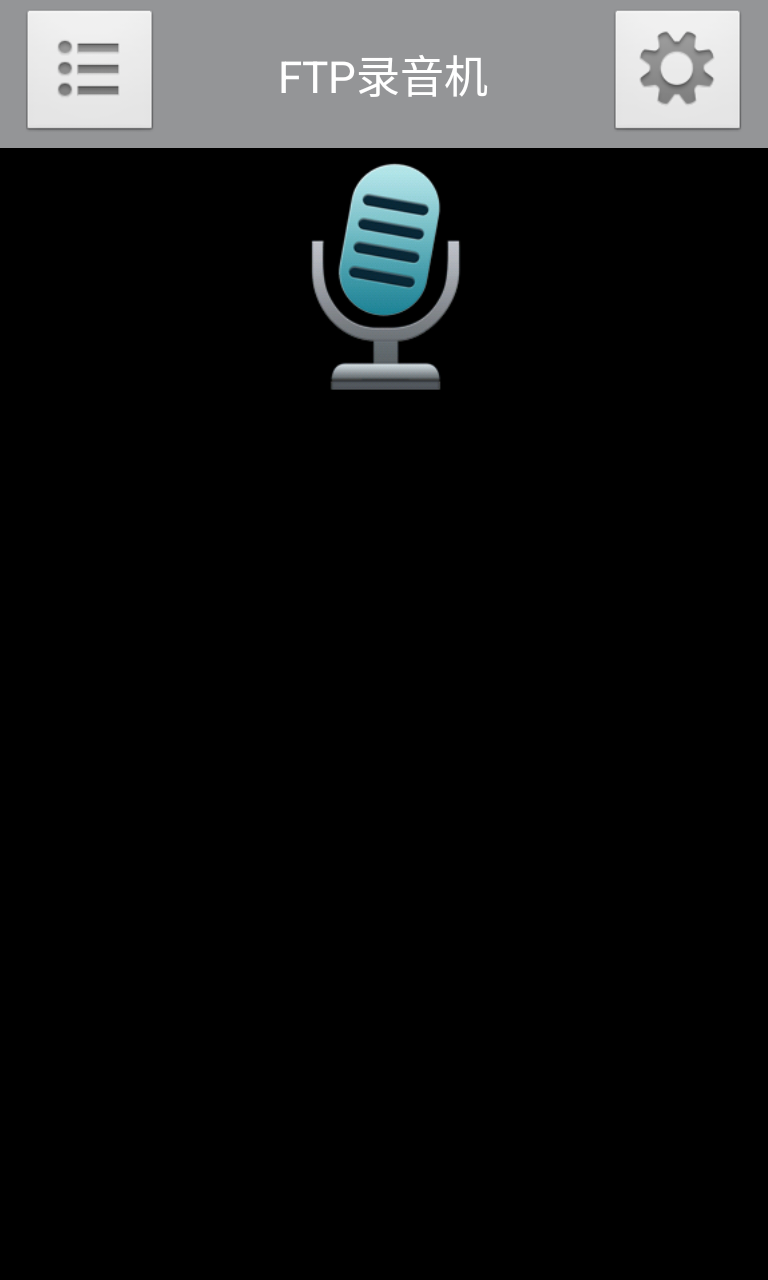
Repository: stone-jin/WAVRecoder
Layout: WAVRecoder2/res/layout/main.xml
An editor plug-in stored every save of this project. The layout is shown before and after the next save, followed by the edit.
It is drawn on a 768 x 1280 px phone screen (xhdpi) without system bars, with theme Anim_style2; the app's code is not run.

Above is the layout before, as saved 2014-05-06 18:57:55.

### WAVRecoder2/res/layout/main.xml
<?xml version="1.0" encoding="utf-8"?>
<LinearLayout xmlns:android="http://schemas.android.com/apk/res/android"
    android:layout_width="match_parent"
    android:layout_height="match_parent"
    android:orientation="vertical" >

    <include layout="@layout/main_title"/>

    <ImageView
        android:layout_width="wrap_content"
        android:layout_height="wrap_content"
        android:background="@drawable/icon"
        android:layout_gravity="center"
        />


</LinearLayout>

### WAVRecoder2/res/values/styles.xml
<resources>

    <!--
        Base application theme, dependent on API level. This theme is replaced
        by AppBaseTheme from res/values-vXX/styles.xml on newer devices.
    -->
    <style name="AppBaseTheme" parent="android:Theme.Light">
        <!--
            Theme customizations available in newer API levels can go in
            res/values-vXX/styles.xml, while customizations related to
            backward-compatibility can go here.
        -->
    </style>

    <!-- Application theme. -->
    <style name="AppTheme" parent="AppBaseTheme">
        <!-- All customizations that are NOT specific to a particular API-level can go here. -->
    </style>

    <!-- ####################以上内容全部来自搬运 ############################################ -->

    <style name="AnimFade" parent="@android:style/Animation.Activity">
    	<item name="android:activityOpenEnterAnimation">@anim/fade_in</item>
    	<item name="android:activityOpenExitAnimation">@anim/hold</item>
    	<item name="android:activityCloseEnterAnimation">@anim/fade_in</item>
    	<item name="android:activityCloseExitAnimation">@anim/fade_out</item>
	</style>
	<style name="AnimBottom" parent="@android:style/Animation">
    	<item name="android:windowEnterAnimation">@anim/push_bottom_in</item>
        <item name="android:windowExitAnimation">@anim/push_bottom_out</item>
	</style>
	<style name="AnimTop" parent="@android:style/Animation">
    	<item name="android:windowEnterAnimation">@anim/push_top_in</item>
        <item name="android:windowExitAnimation">@anim/push_top_out</item>
	</style>
	<style name="AnimTop2" parent="@android:style/Animation">
    	<item name="android:windowEnterAnimation">@anim/push_top_in2</item>
        <item name="android:windowExitAnimation">@anim/push_top_out2</item>
	</style>
	<style name="AnimHead" parent="@android:style/Animation">
    	<item name="android:windowEnterAnimation">@anim/head_in</item>
        <item name="android:windowExitAnimation">@anim/head_out</item>
	</style>

   	<style name="Anim_style" parent="android:Theme.NoTitleBar.Fullscreen">
        <item name="android:windowAnimationStyle">@style/AnimFade</item>
	</style>

	<style name="Anim_style2" parent="android:Theme.NoTitleBar">  <!-- 表示没有titlebar这个框 -->
        <item name="android:windowAnimationStyle">@style/AnimFade</item>     <!-- 定义其中打开或者保持或者关闭的时候的效果 -->
	</style>

	<style name="Anim_style_title" parent="android:Theme">
        <item name="android:windowAnimationStyle">@style/AnimFade</item>
        <item name="android:windowTitleSize">50dp</item>
        <item name="android:windowTitleBackgroundStyle">@style/CustomWindowTitleBackground</item>
	</style>

	<style name="CustomWindowTitleBackground">
       <item name="android:background">@drawable/title_bar</item>
	</style>

	<style name="MyDialogStyle">
        <item name="android:windowBackground">@android:color/transparent</item>
        <item name="android:windowFrame">@null</item>
        <item name="android:windowNoTitle">true</item>
        <item name="android:windowIsFloating">true</item>
        <item name="android:windowIsTranslucent">true</item>
        <item name="android:windowContentOverlay">@null</item>
        <item name="android:windowAnimationStyle">@android:style/Animation.Dialog</item>
        <item name="android:backgroundDimEnabled">true</item>
    </style>

    <style name="MyDialogStyleBottom" parent="android:Theme.Dialog" >
        <item name="android:windowAnimationStyle">@style/AnimBottom</item>
        <item name="android:windowFrame">@null</item><!--边框-->
        <item name="android:windowIsFloating">true</item><!--是否浮现在activity之上-->
        <item name="android:windowIsTranslucent">true</item><!--半透明-->
        <item name="android:windowNoTitle">true</item><!--无标题-->
        <item name="android:windowBackground">@android:color/transparent</item><!--背景透明-->
        <item name="android:backgroundDimEnabled">true</item><!--模糊-->
     </style>

     <style name="MyDialogStyleTop" parent="android:Theme.Dialog" >
        <item name="android:windowAnimationStyle">@style/AnimTop2</item>
        <item name="android:windowFrame">@null</item><!--边框-->
        <item name="android:windowIsFloating">true</item><!--是否浮现在activity之上-->
        <item name="android:windowIsTranslucent">true</item><!--半透明-->
        <item name="android:windowNoTitle">true</item><!--无标题-->
        <item name="android:windowBackground">@android:color/transparent</item><!--背景透明-->
        <item name="android:backgroundDimEnabled">false</item><!--模糊-->
     </style>

    <style name="HeadScale" parent="android:Theme.Dialog" >
        <item name="android:windowAnimationStyle">@style/AnimHead</item>
        <item name="android:windowFrame">@null</item><!--边框-->
        <item name="android:windowIsFloating">true</item><!--是否浮现在activity之上-->
        <item name="android:windowIsTranslucent">true</item><!--半透明-->
        <item name="android:windowNoTitle">true</item><!--无标题-->
        <item name="android:windowBackground">@android:color/black</item>
        <item name="android:backgroundDimEnabled">false</item><!--模糊-->
     </style>

    <style name="MyProgressBar" parent="android:Widget.ProgressBar">
        <item name="android:indeterminateDrawable">@drawable/loading</item>
	</style>

</resources>

### WAVRecoder2/res/layout/main_title.xml
<?xml version="1.0" encoding="utf-8"?>
<RelativeLayout xmlns:android="http://schemas.android.com/apk/res/android"
    android:layout_width="fill_parent"
    android:layout_height="wrap_content"
    android:background="#949597"
    android:paddingTop="4dp"
    android:paddingBottom="4dp"
    >

    <ImageButton
        android:layout_width="wrap_content"
        android:layout_height="wrap_content"
        android:src="@drawable/ic_menu_list"
        android:layout_alignParentLeft="true"
        android:layout_centerVertical="true"
        android:layout_marginLeft="10dp"
        />

    <TextView
        android:layout_width="wrap_content"
        android:layout_height="wrap_content"
        android:text="FTP录音机"
        android:textColor="#ffffff"
        android:textSize="22sp"
        android:layout_centerInParent="true"
        />

    <ImageButton
        android:layout_width="wrap_content"
        android:layout_height="wrap_content"
        android:src="@drawable/ic_menu_pengaturan"
        android:layout_alignParentRight="true"
        android:layout_centerVertical="true"
        android:layout_marginRight="10dp"
        />


</RelativeLayout>

After the next save:
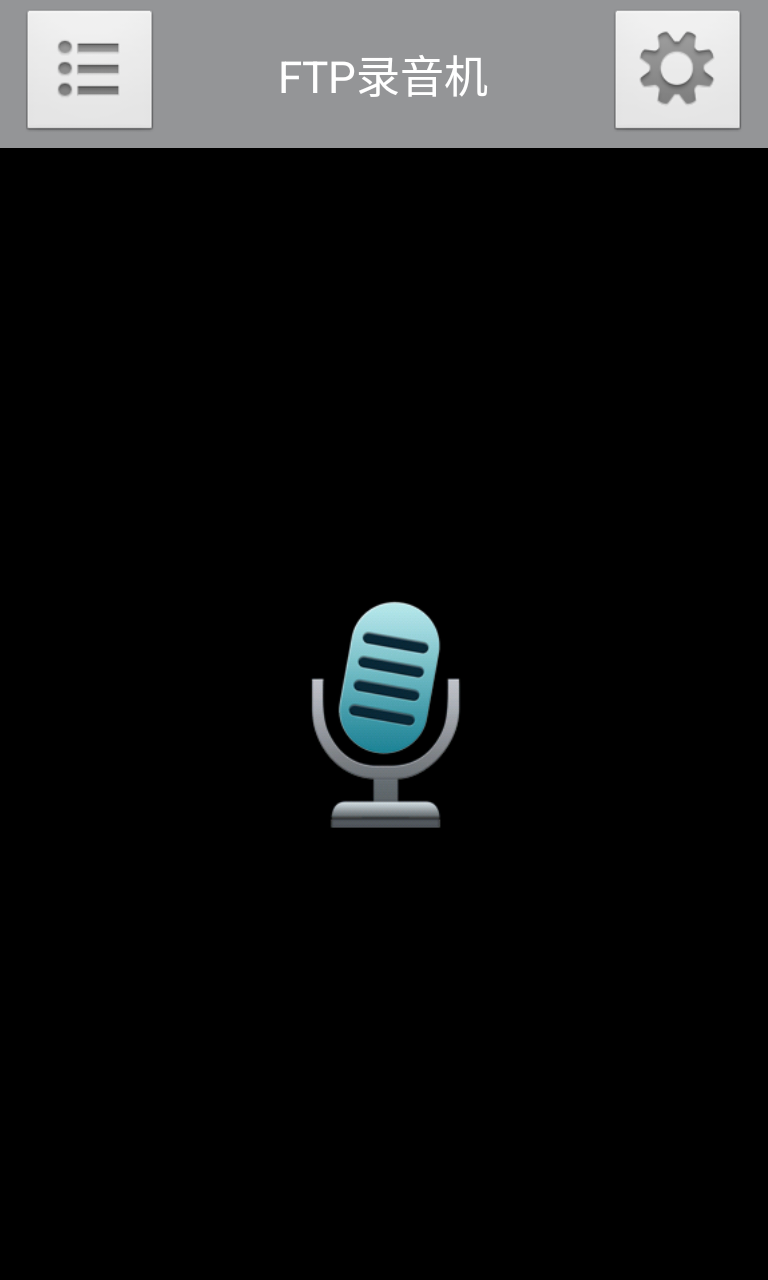
Saved 68 s later.
--- a/WAVRecoder2/res/layout/main.xml
+++ b/WAVRecoder2/res/layout/main.xml
@@ -6,12 +6,21 @@
 
     <include layout="@layout/main_title"/>
 
-    <ImageView
-        android:layout_width="wrap_content"
-        android:layout_height="wrap_content"
-        android:background="@drawable/icon"
-        android:layout_gravity="center"
-        />
+    <RelativeLayout
+        android:layout_width="fill_parent"
+        android:layout_height="fill_parent"
+        android:layout_weight="1"
+        android:gravity="center"
+        >
+
+	    <ImageView
+	        android:layout_width="wrap_content"
+	        android:layout_height="wrap_content"
+	        android:background="@drawable/icon"
+	        android:layout_gravity="center"
+	        />
+
+    </RelativeLayout>
 
 
 </LinearLayout>
